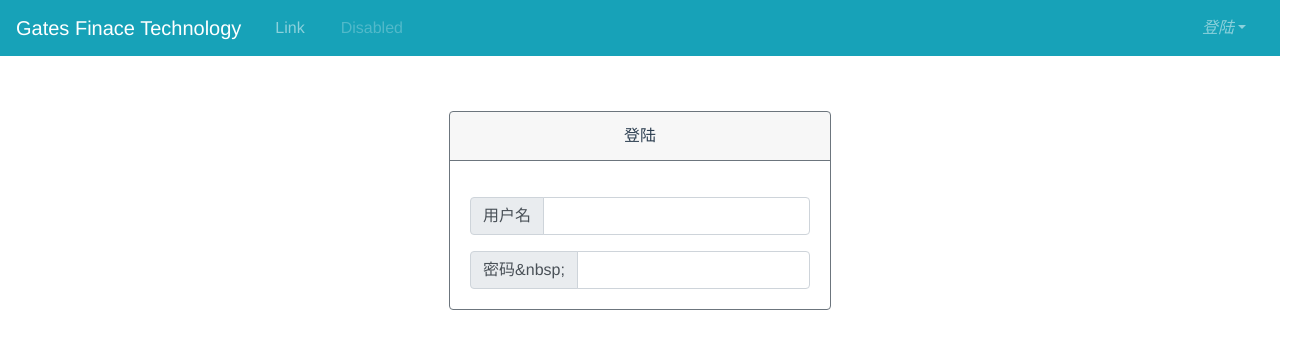
Repository: sqsssq/GatesFinace
Page: /login (app in webview/)
An editor plug-in stored every save of this project. The page is shown before and after a run of saves, followed by the edit.
The browser window is 1280 px wide. The page is 1295 px wide, so the pictures cover 1295 px, including what lies to the right of the window. The pictures show the whole page.
The project was rebuilt for these pictures with package versions that can differ from the ones it lists, and the page was loaded fresh each time. Also part of the build but not shown: webview/src/components/HelloWorld.vue, webview/src/views/Home.vue, webview/src/components/gatesCarousel.vue, webview/src/views/main.vue.

Above is the page before, as saved 2020-11-03 16:59:12.

### webview/public/index.html
<!DOCTYPE html>
<html lang="en">
  <head>
    <meta charset="utf-8">
    <meta http-equiv="X-UA-Compatible" content="IE=edge">
    <meta name="viewport" content="width=device-width,initial-scale=1.0">
    <link rel="icon" href="<%= BASE_URL %>favicon.ico">
    <title><%= htmlWebpackPlugin.options.title %></title>
    <style>
      html, body{ margin:0; height:100%; }
    </style>
  </head>
  <body>
    <noscript>
      <strong>We're sorry but <%= htmlWebpackPlugin.options.title %> doesn't work properly without JavaScript enabled. Please enable it to continue.</strong>
    </noscript>
    <div id="app"></div>
    <!-- built files will be auto injected -->
  </body>
</html>

### webview/src/main.js
import Vue from 'vue'
import App from './App.vue'
import router from './router'
import store from './store'
import ElementUI from 'element-ui'
import 'element-ui/lib/theme-chalk/index.css'
import 'element-ui/lib/theme-chalk/base.css'
import { BootstrapVue, IconsPlugin } from 'bootstrap-vue'
import 'bootstrap/dist/css/bootstrap.css'
import 'bootstrap-vue/dist/bootstrap-vue.css'

Vue.config.productionTip = false
Vue.use(ElementUI);
Vue.use(BootstrapVue);
Vue.use(IconsPlugin);

new Vue({
  router,
  store,
  render: h => h(App)
}).$mount('#app')

### webview/src/App.vue
<template>
  <div id="app">
    <!-- <div id="nav">
      <router-link to="/">Home</router-link> |
      <router-link to="/about">About</router-link>
    </div> -->
    <router-view/>
  </div>
</template>

<style lang="stylus">
#app
  font-family Avenir, Helvetica, Arial, sans-serif
  -webkit-font-smoothing antialiased
  -moz-osx-font-smoothing grayscale
  text-align center
  color #2c3e50
  margin-top 0px
  height 100%
</style>

### webview/src/router/index.js
import Vue from 'vue'
import VueRouter from 'vue-router'
import Home from '../views/Home.vue'
import Main from '../views/main.vue'
import Login from '../views/login.vue'

Vue.use(VueRouter)

const routes = [
  {
    path: '/',
    name: 'Home',
    component: Home
  },
  {
    path: '/about',
    name: 'About',
    // route level code-splitting
    // this generates a separate chunk (about.[hash].js) for this route
    // which is lazy-loaded when the route is visited.
    component: () => import(/* webpackChunkName: "about" */ '../views/About.vue')
  },
  {
    path: '/main',
    name: 'Main',
    component: Main
  },
  {
    path: '/login',
    name: 'Login',
    component: Login
  }
]

const router = new VueRouter({
  mode: 'history',
  base: process.env.BASE_URL,
  routes
})

export default router

### webview/src/views/login.vue
<!--
 * @Author: your name
 * @Date: 2020-11-01 17:40:45
 * @LastEditTime: 2020-11-03 08:31:04
 * @LastEditors: Please set LastEditors
 * @Description: In User Settings Edit
 * @FilePath: \webview\src\views\main.vue
-->
<template>
  <div class="container-fiuled" style="height: 100%;">
    <!-- <img alt="Vue logo" src="../assets/logo.png"> -->
    <!-- <HelloWorld msg="Welcome to Your Vue.js App" style="height:100%"/> -->
    <gatesNavbar />
    <div class="row" style="margin-top: 5px;">
      <div class="col"  style="padding-left: 0px; padding-right: 0px;">
      </div>
      <gatesLogin style="margin-top: 50px;"/>
      <div class="col"  style="padding-left: 0px; padding-right: 0px;">
      </div>
    </div>
  </div>
</template>

<script>
// @ is an alias to /src
import HelloWorld from '@/components/HelloWorld.vue'
import gatesNavbar from '@/components/gatesNavbar.vue'
import gatesLogin from '@/components/gatesLogin.vue'

export default {
  name: 'Home',
  components: {
    gatesNavbar,
    gatesLogin
  }
}
</script>

### webview/src/components/gatesNavbar.vue
<!--
 * @Author: your name
 * @Date: 2020-10-31 09:19:12
 * @LastEditTime: 2020-11-03 08:32:14
 * @LastEditors: Please set LastEditors
 * @Description: In User Settings Edit
 * @FilePath: \webview\src\components\HelloWorld.vue
-->
<template>
  <div>
    <b-navbar
      toggleable="lg"
      type="dark"
      variant="info"
    >
      <b-navbar-brand href="/main">Gates Finace Technology</b-navbar-brand>

      <b-navbar-toggle target="nav-collapse"></b-navbar-toggle>

      <b-collapse
        id="nav-collapse"
        is-nav
      >
        <b-navbar-nav>
          <b-nav-item href="#">Link</b-nav-item>
          <b-nav-item
            href="#"
            disabled
          >Disabled</b-nav-item>
        </b-navbar-nav>

        <!-- Right aligned nav items -->
        <b-navbar-nav class="ml-auto">
          <!-- <b-nav-form style="padding-top: 2px">
            <b-form-input
              size="sm"
              class="mr-sm-2"
              placeholder="Search"
            ></b-form-input>
            <b-button
              size="sm"
              class="my-2 my-sm-0"
              type="submit"
            >Search</b-button>
          </b-nav-form> -->

          <!-- <b-nav-item-dropdown text="Lang" right>
          <b-dropdown-item href="#">EN</b-dropdown-item>
          <b-dropdown-item href="#">ES</b-dropdown-item>
          <b-dropdown-item href="#">RU</b-dropdown-item>
          <b-dropdown-item href="#">FA</b-dropdown-item>
        </b-nav-item-dropdown> -->

          <b-nav-item-dropdown right>
            <!-- Using 'button-content' slot -->
            <template #button-content>
              <em>{{username == '' ? '登陆' : username}}</em>
            </template>
            <b-dropdown-item href="/login">登陆</b-dropdown-item>
            <b-dropdown-item href="#">注册</b-dropdown-item>
            <b-dropdown-item href="#">登出</b-dropdown-item>
          </b-nav-item-dropdown>
        </b-navbar-nav>
      </b-collapse>
    </b-navbar>
  </div>
</template>

<script>
import axios from 'axios';
export default {
  name: 'gatesNavbar',
  // props: {
  //   msg: String
  // }
  data () {
    return {
      username: ''
    }
  },
  methods: {
  },
  created () {
    // console.log(2);
    // this.getmsg();
  },
  mounted () {

    // this.createLogo();
  }
}
</script>

<!-- Add "scoped" attribute to limit CSS to this component only -->
<style scoped lang="stylus">
h3 {
  letter-spacing: 3px;
  color: #fff;
  font-weight: 500;
  margin-bottom: 10px;
  margin-top: 10px;
  font-size: 15px;
}

h2 {
  margin-top: 10px;
  color: #fff;
  letter-spacing: 10px;
  // font-size: 40px
  font-size: 20px;
}

ul {
  list-style-type: none;
  padding: 0;
}

li {
  display: inline-block;
  margin: 0 10px;
}

a {
  color: #42b983;
}
</style>

### webview/src/components/gatesLogin.vue
<!--
 * @Author: your name
 * @Date: 2020-10-31 09:19:12
 * @LastEditTime: 2020-11-03 08:32:14
 * @LastEditors: Please set LastEditors
 * @Description: In User Settings Edit
 * @FilePath: \webview\src\components\HelloWorld.vue
-->
<template>
  <div>
    <b-card
      border-variant="secondary"
      header="登陆"
      header-border-variant="secondary"
      align="center"
    >
      <!-- <b-card-text>Lorem ipsum dolor sit amet, consectetur adipiscing elit.</b-card-text> -->
      <b-input-group
        prepend="用户名"
        class="mt-3"
      >
        <b-form-input></b-form-input>
      </b-input-group>
      <b-input-group
        prepend="密码&nbsp;"
        class="mt-3"
      >
        <b-form-input></b-form-input>
      </b-input-group>
    </b-card>

  </div>
</template>

<script>
import axios from 'axios';
export default {
  name: 'gatesLogin',
  // props: {
  //   msg: String
  // }
  data () {
    return {
      username: ''
    }
  },
  methods: {
  },
  created () {
    // console.log(2);
    // this.getmsg();
  },
  mounted () {

    // this.createLogo();
  }
}
</script>

<!-- Add "scoped" attribute to limit CSS to this component only -->
<style scoped lang="stylus"></style>

Loaded but not shown: webview/src/store/index.js (common file)

After the next 2 saves:
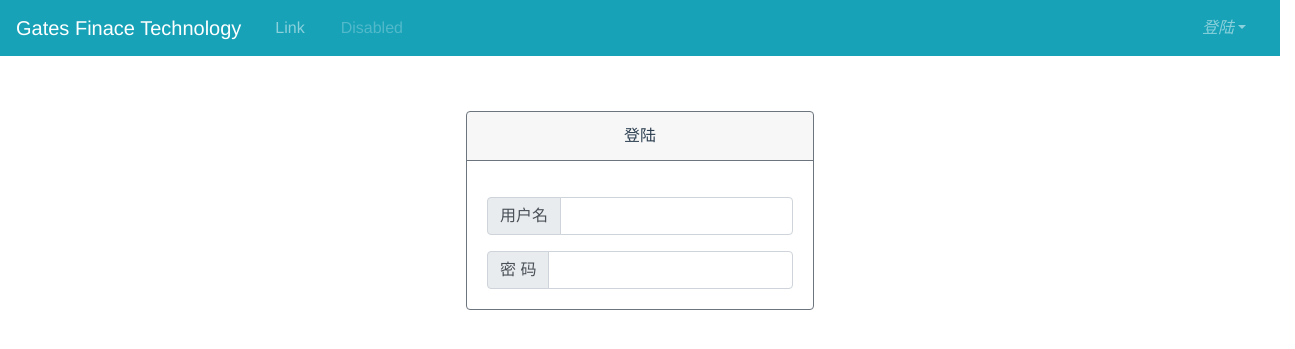
The 2 saves are shown as one change because they came seconds apart.
The last was saved 9 s later.
--- a/webview/src/components/gatesLogin.vue
+++ b/webview/src/components/gatesLogin.vue
@@ -22,7 +22,7 @@
         <b-form-input></b-form-input>
       </b-input-group>
       <b-input-group
-        prepend="密码&nbsp;"
+        prepend="密  码"
         class="mt-3"
       >
         <b-form-input></b-form-input>
